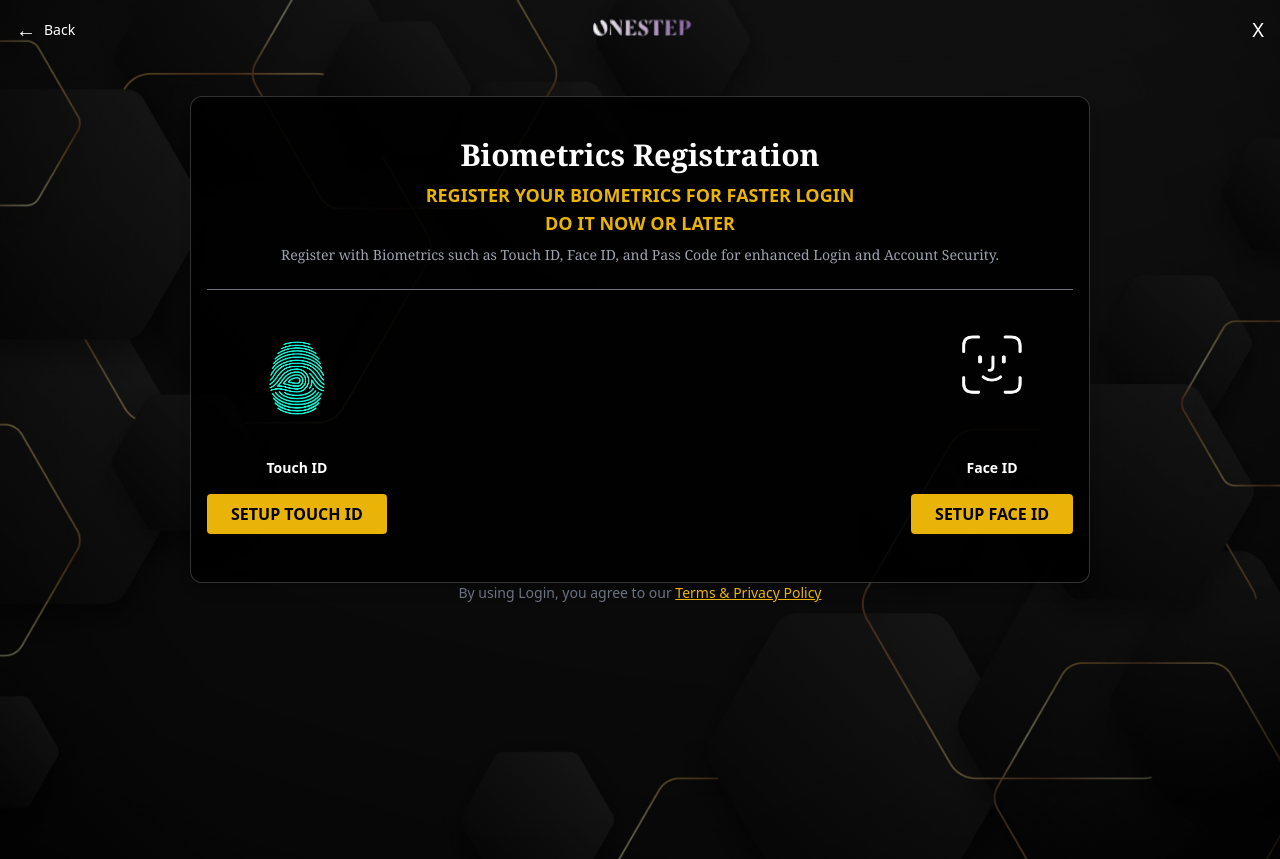
Repository: gloriousnetworker/onestep-authentication-system
Page: /biometrics-setup
These files come from the project's save history. The page is drawn as it stood at one moment and after the next save; the edit follows.
The browser window is 1280 px wide. The pictures show the whole page.
The project was rebuilt for these pictures with package versions that can differ from the ones it lists, and the page was loaded fresh each time. Also part of the build but not shown: vite.config.js, src/pages/LoginPage.jsx, src/pages/SignupPage.jsx, src/pages/GrantAccess.jsx, src/pages/GrantAccessSignup.jsx, src/pages/OTPVerificationPage.jsx, src/pages/OTPVerificationSignup.jsx, src/pages/AccountSetupPage.jsx and 7 more.

Above is the page before, as saved 2025-01-17 13:40:32.

After the next save:
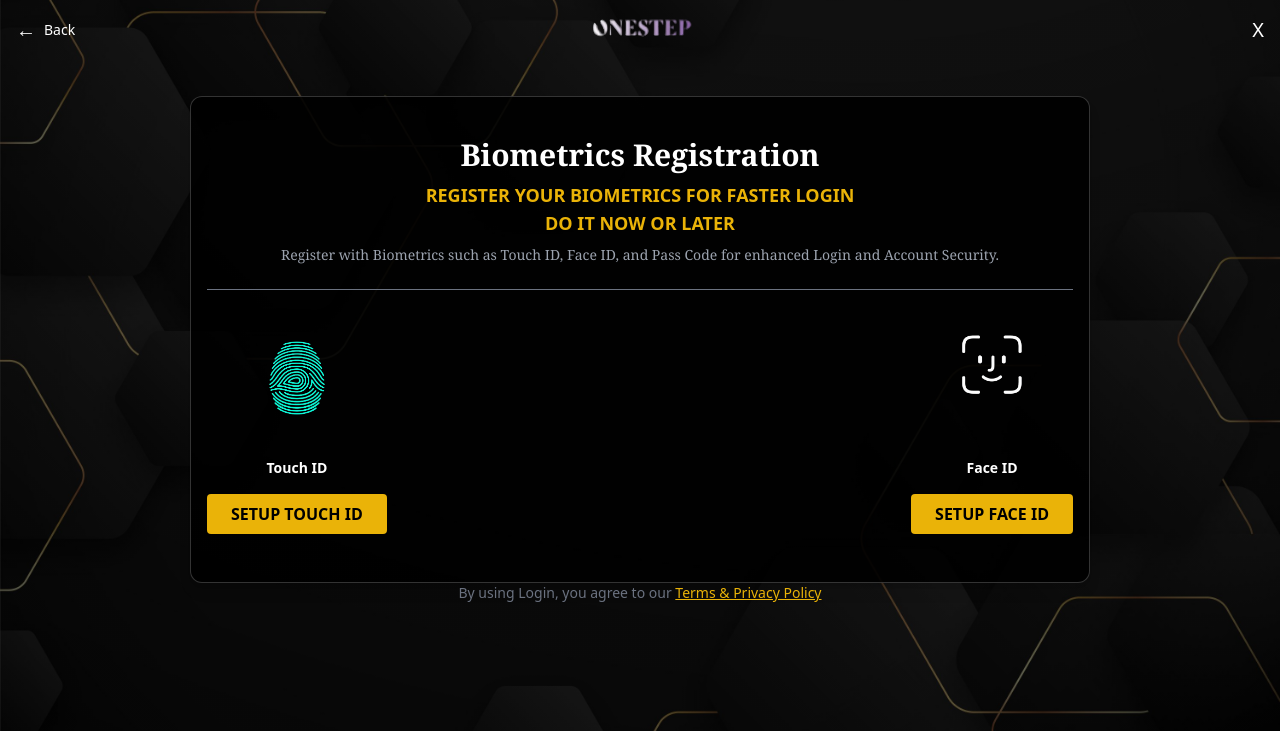
Saved 5 s later.
--- a/src/pages/BiometricsSetupPage.jsx
+++ b/src/pages/BiometricsSetupPage.jsx
@@ -90,7 +90,7 @@ const BiometricsRegistrationPage = () => {
       </div>
 
       {/* Footer */}
-      <div className="text-center text-sm text-gray-500 mb-64">
+      <div className="text-center text-sm text-gray-500 mb-32">
         By using Login, you agree to our{" "}
         <span className="text-yellow-500 underline cursor-pointer">
           Terms & Privacy Policy
